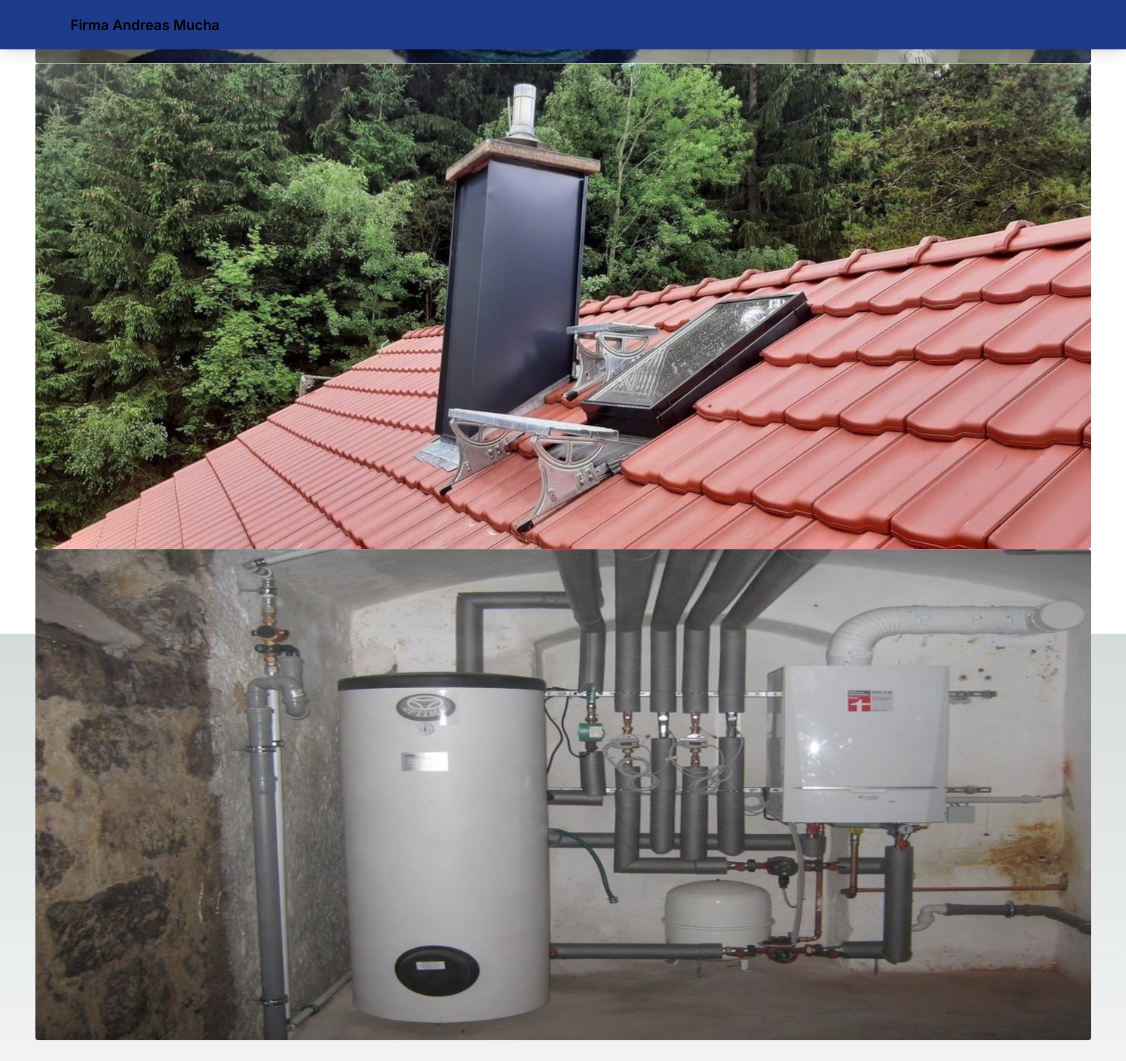
Repository: LorenMucha/firma-andreas-mucha
Page: /
The author's editor kept a copy of each file at every save. The page is drawn from the files as they stood at one save, then again after the next save.
The browser window is 1280 px wide. The pictures show the whole page, at 88% of full size.
The project was rebuilt for these pictures with package versions that can differ from the ones it lists, and the page was loaded fresh each time. The framework's server and built-in components were replaced by stand-ins that run in the browser. Also part of the build but not shown: next.config.mjs.

Above is the page before, as saved 2024-04-15 16:55:10.

After the next save:
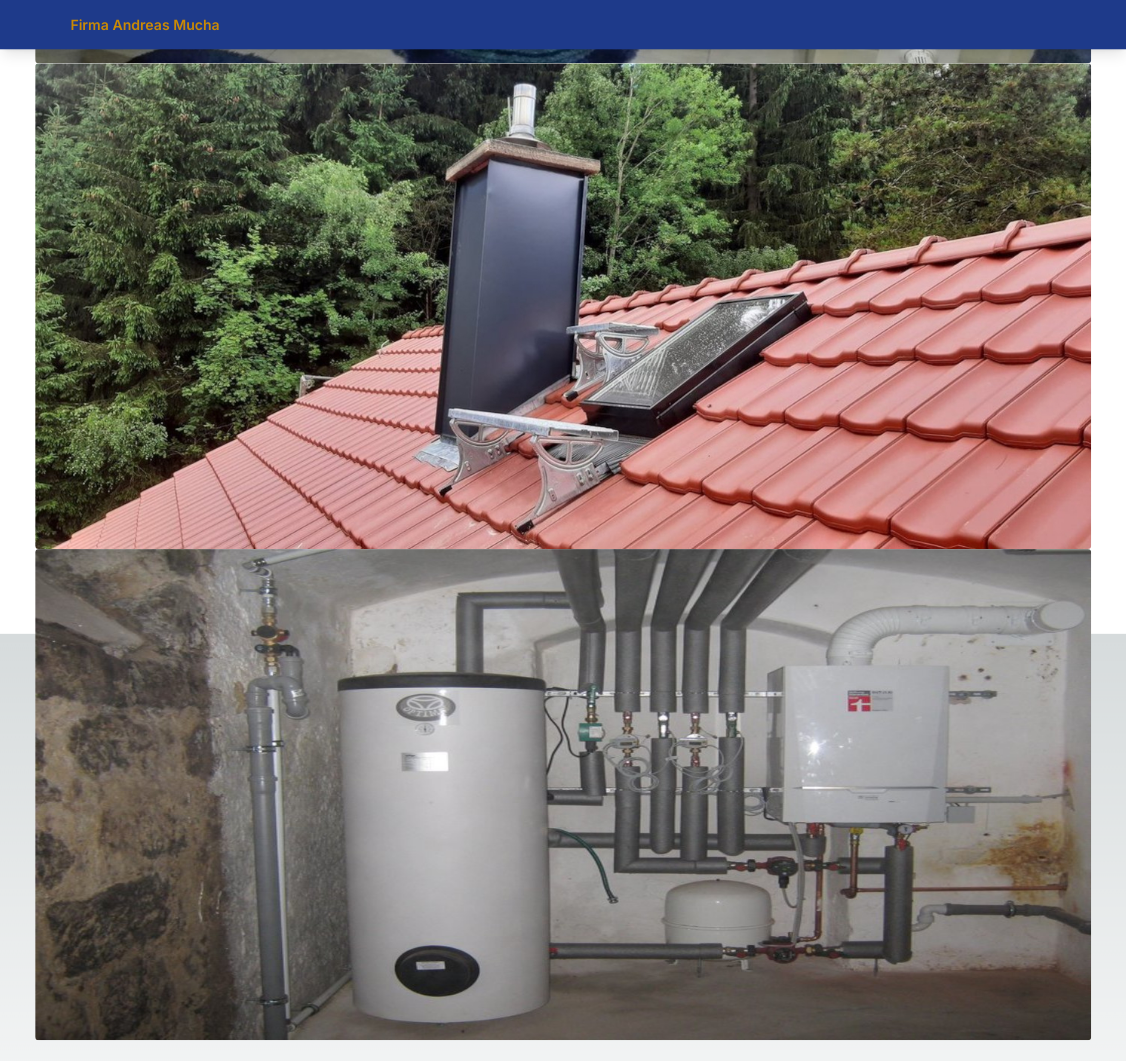
Saved 12 s later.
--- a/src/app/components/Navbar.tsx
+++ b/src/app/components/Navbar.tsx
@@ -4,7 +4,7 @@
             <div className="flex justify-between">
                 <div className="inline-flex justify-center md:p-4 mb-1 mt-1 md:mt-0 md:mb-0">
                     <a>
-                        <span className="font-semibold md:text-l text-yellow">Firma Andreas Mucha</span>
+                        <span className="font-semibold md:text-l text-yellow-600">Firma Andreas Mucha</span>
                     </a>
                 </div>
             </div>

After the 2 saves that followed:
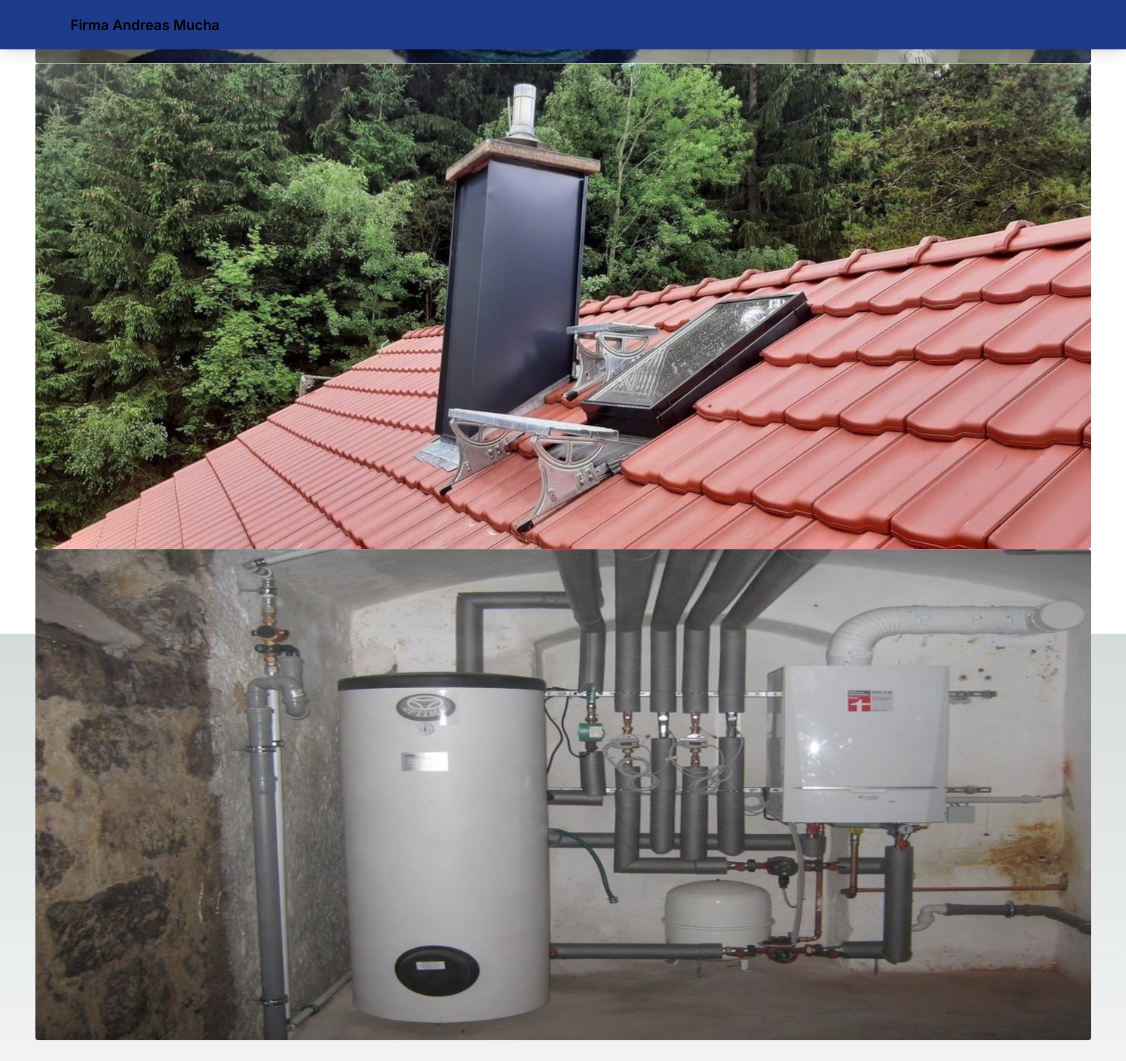
The 2 saves are shown as one change because they came seconds apart.
The last was saved 8 s later.
--- a/src/app/components/Navbar.tsx
+++ b/src/app/components/Navbar.tsx
@@ -4,7 +4,7 @@
             <div className="flex justify-between">
                 <div className="inline-flex justify-center md:p-4 mb-1 mt-1 md:mt-0 md:mb-0">
                     <a>
-                        <span className="font-semibold md:text-l text-yellow-600">Firma Andreas Mucha</span>
+                        <span className="font-semibold md:text-l text-yellow-">Firma Andreas Mucha</span>
                     </a>
                 </div>
             </div>
